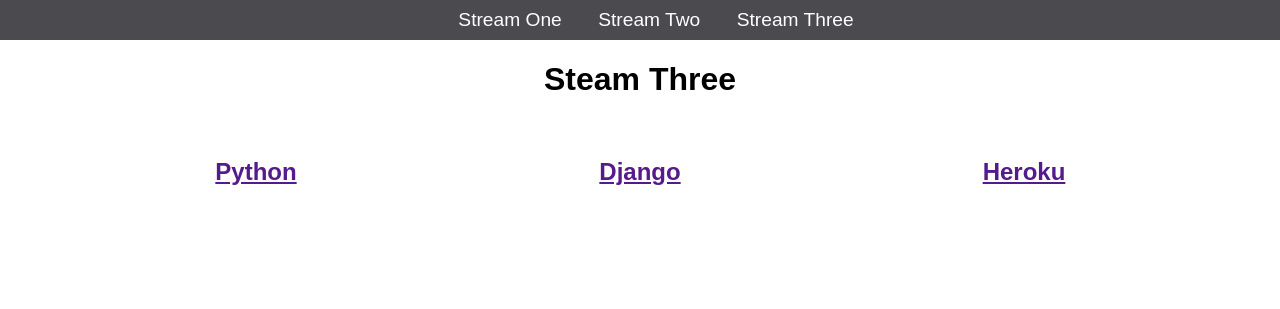
Repository: lisaannbyrne1/my-first-website
Page: stream-three.html
The author's editor kept a record of every edit. The page is drawn from the files as they stood at one moment, then again after the next edit.
The browser window is 1280 px wide. The pictures show the whole page.

Above is the page before.

After the next edit:
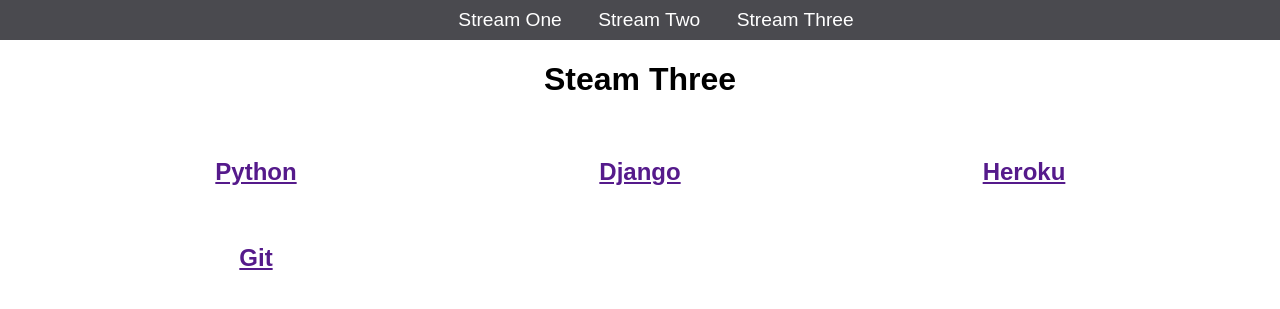
The edit:
--- a/stream-three.html
+++ b/stream-three.html
@@ -31,5 +31,12 @@
                 <h2>Heroku</h2>
             </a>
         </div>
+       <div class="card">
+            <a href="">
+                <img src=""/>
+                <h2>Git</h2>
+            </a>
+        </div>
+
     </body>
 </html>
